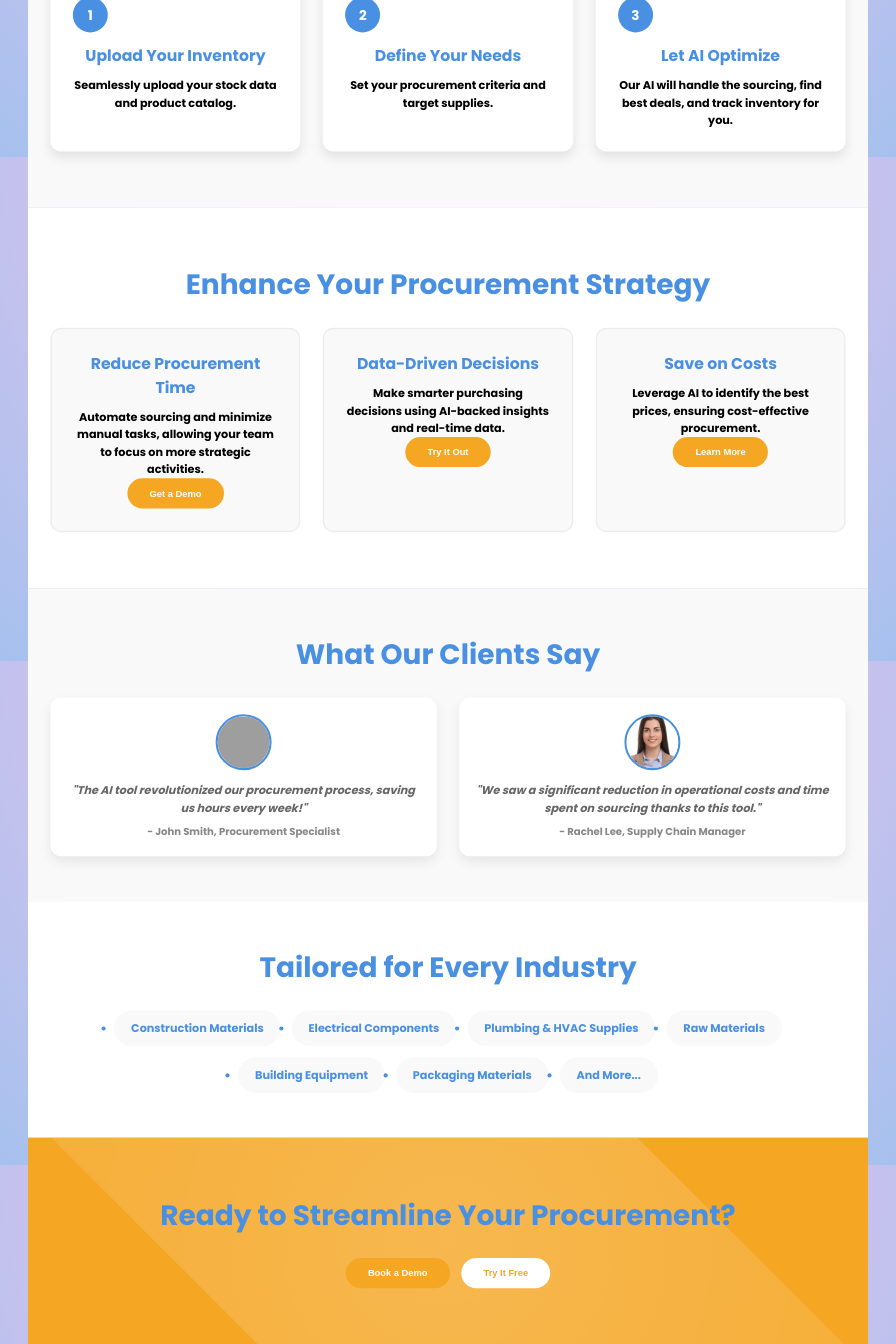
Repository: aabhashbasnet/SSNCorporation
Page: /who-we-serve/suppliers
These files come from the project's save history. The page is drawn as it stood at one moment and after a run of saves; the edit follows.
The browser window is 1280 px wide. The pictures show the part of the page from y = 1216 to 3136 px (the page is 3136 px tall before and 3077 px after), at 70% of full size.
Pictures or frames that could not be fetched are drawn as grey boxes. The project was rebuilt for these pictures with package versions that can differ from the ones it lists, and the page was loaded fresh each time. Also part of the build but not shown: src/components/Main/Main.jsx, src/components/Working/Working.css, src/components/Working/Working.jsx, src/components/Footer/Footer.jsx, src/pages/OurMission/OurMission.jsx, src/pages/LoginSignUp/LoginSignUp.css, src/pages/LoginSignUp/LoginSignUp.jsx, src/pages/Industries/Industries.jsx and 12 more.

Above is the page before, as saved 2025-02-11 13:17:33.

After the next 2 saves:
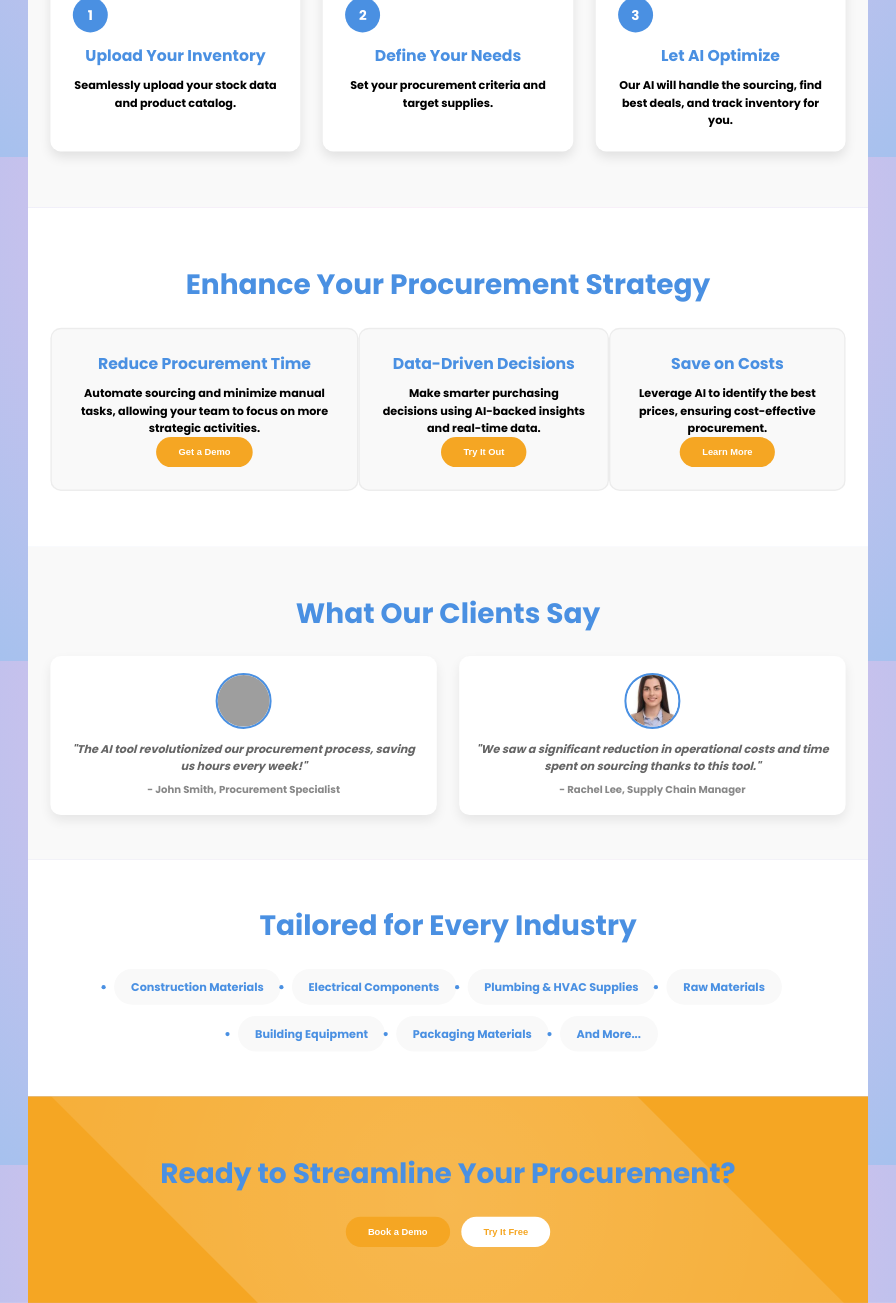
The 2 saves are shown as one change because they came seconds apart.
The last was saved 6 min 28 s later.
--- a/src/pages/WhoWeServe/Suppliers.css
+++ b/src/pages/WhoWeServe/Suppliers.css
@@ -171,10 +171,8 @@
   }
 
   .benefit-container {
-    display: grid;
-    grid-template-columns: repeat(auto-fit, minmax(250px, 1fr));
-    gap: 2rem;
-    margin-top: 2rem;
+    display: flex;
+    justify-content: ;
   }
 
   .benefit {
